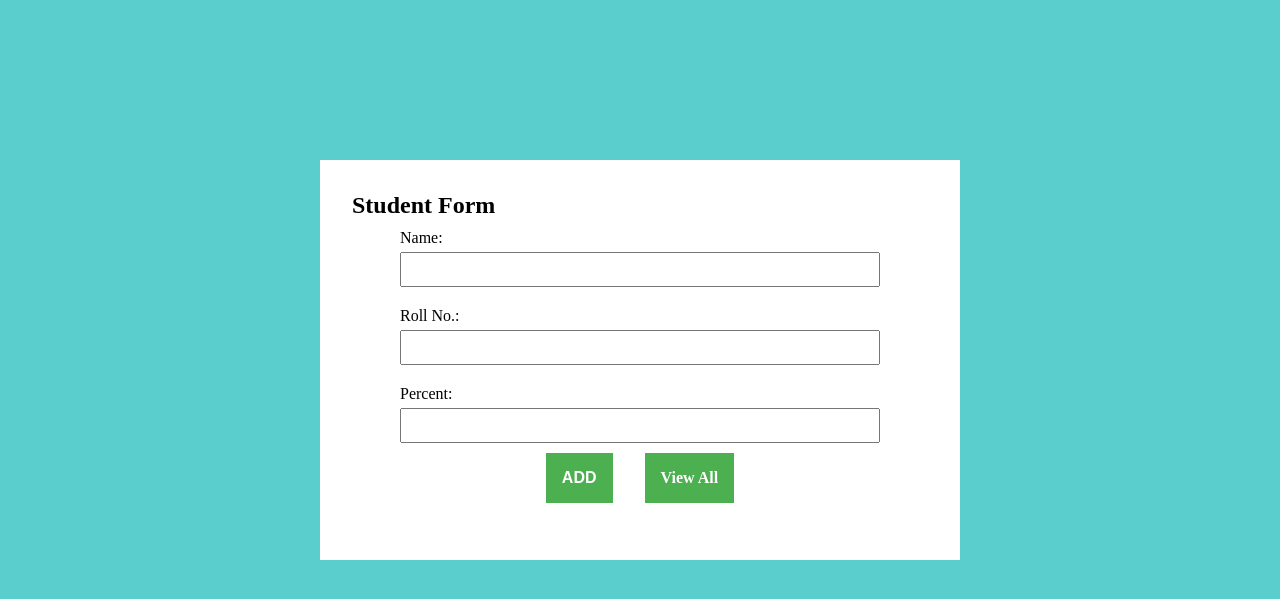
Repository: deeptimahisare1206/Todo_List
Page: http://localhost/Hib_Nest/
An editor plug-in stored every save of this project. The page is shown before and after the next save, followed by the edit.
The browser window is 1280 px wide. The pictures show the whole page.
The page is served by Tomcat 10.

Above is the page before, as saved 2024-11-17 16:14:33.

After the next save:
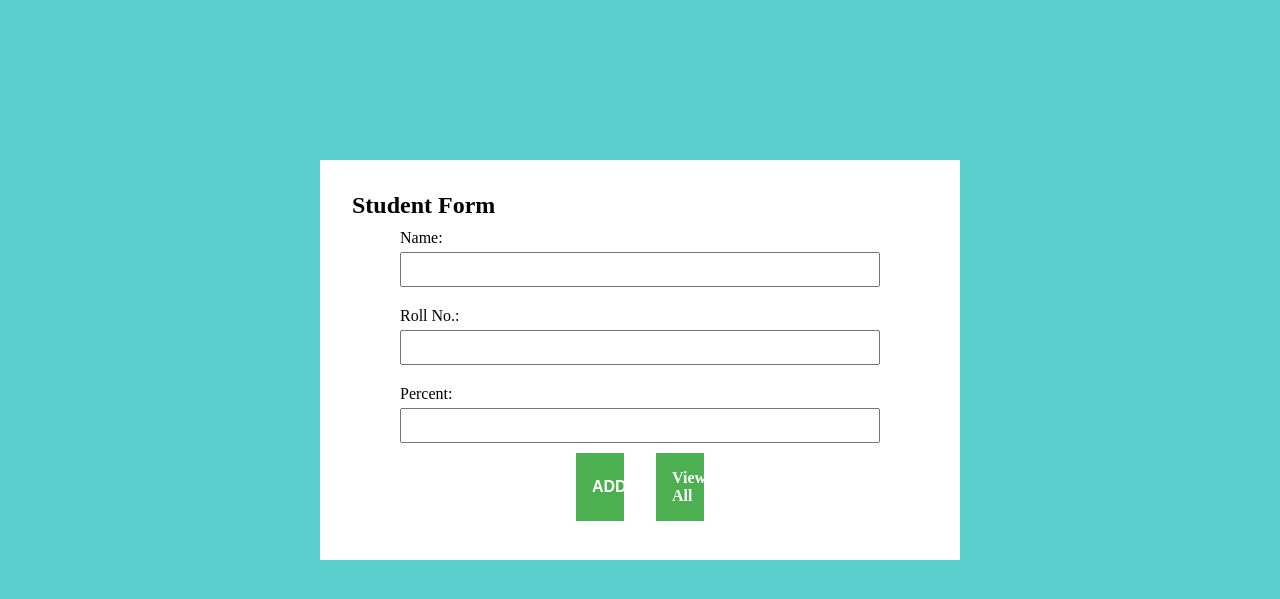
Saved 18 s later.
--- a/Hib_Nest/src/main/webapp/index.jsp
+++ b/Hib_Nest/src/main/webapp/index.jsp
@@ -50,6 +50,7 @@ input[type="submit"] ,a{
     border: none;
     cursor: pointer;
     text-decoration: none;
+    width:3rem;
 }
 
 input[type="submit"]:hover {
